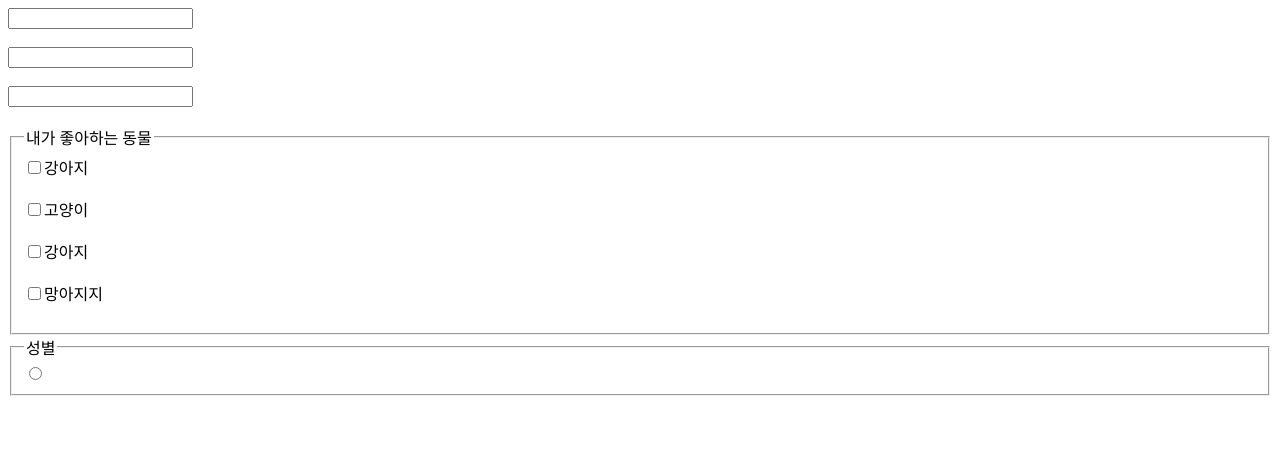
Repository: cordingdodo/javaworks2
Page: practice01/WebContent/input.html
An editor plug-in stored every save of this project. The page is shown before and after the next save, followed by the edit.
The browser window is 1280 px wide. The pictures show the whole page.

Above is the page before, as saved 2022-10-17 07:04:57.

### practice01/WebContent/input.html
<!DOCTYPE html>
<html>
<head>
<meta charset="UTF-8">
<title>입력 데이터 처리와 주고 받기</title>
</head>
<body>
<form name="indata" action="test04.jsp" method="post">
	<input type="text" name="name"><br><br>
	<input type="text" name="addr"><br><br>
	<input type="number" name="age"><br><br>
	<fieldset>
		<legend>내가 좋아하는 동물</legend>
		<input type="checkbox" name="pet" value="dog">강아지<br><br>
		<input type="checkbox" name="pet" value="cat">고양이<br><br>
		<input type="checkbox" name="pet" value="pig">강아지<br><br>
		<input type="checkbox" name="pet" value="horse">망아지지<br><br>
	</fieldset>
	<fieldset>
		<legend>성별</legend>
		<input type="radio" name="female" value="f">
	</fieldset>
</form>

</body>
</html>

After the next save:
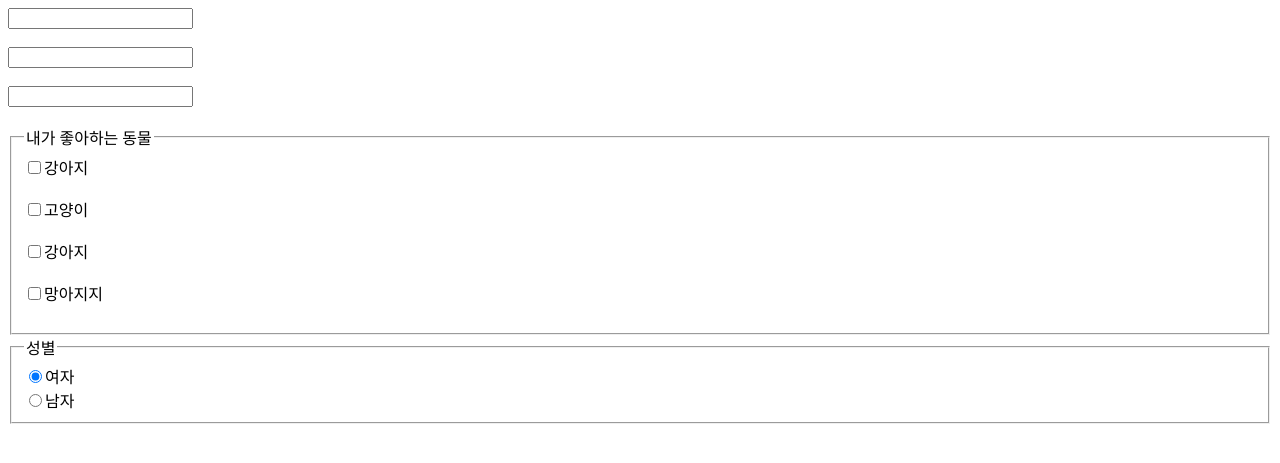
Saved 23 s later.
--- a/practice01/WebContent/input.html
+++ b/practice01/WebContent/input.html
@@ -18,7 +18,8 @@
 	</fieldset>
 	<fieldset>
 		<legend>성별</legend>
-		<input type="radio" name="female" value="f">
+		<input type="radio" name="female" value="f" checked>여자<br>
+		<input type="radio" name="male" value="m">남자<br>
 	</fieldset>
 </form>
 
